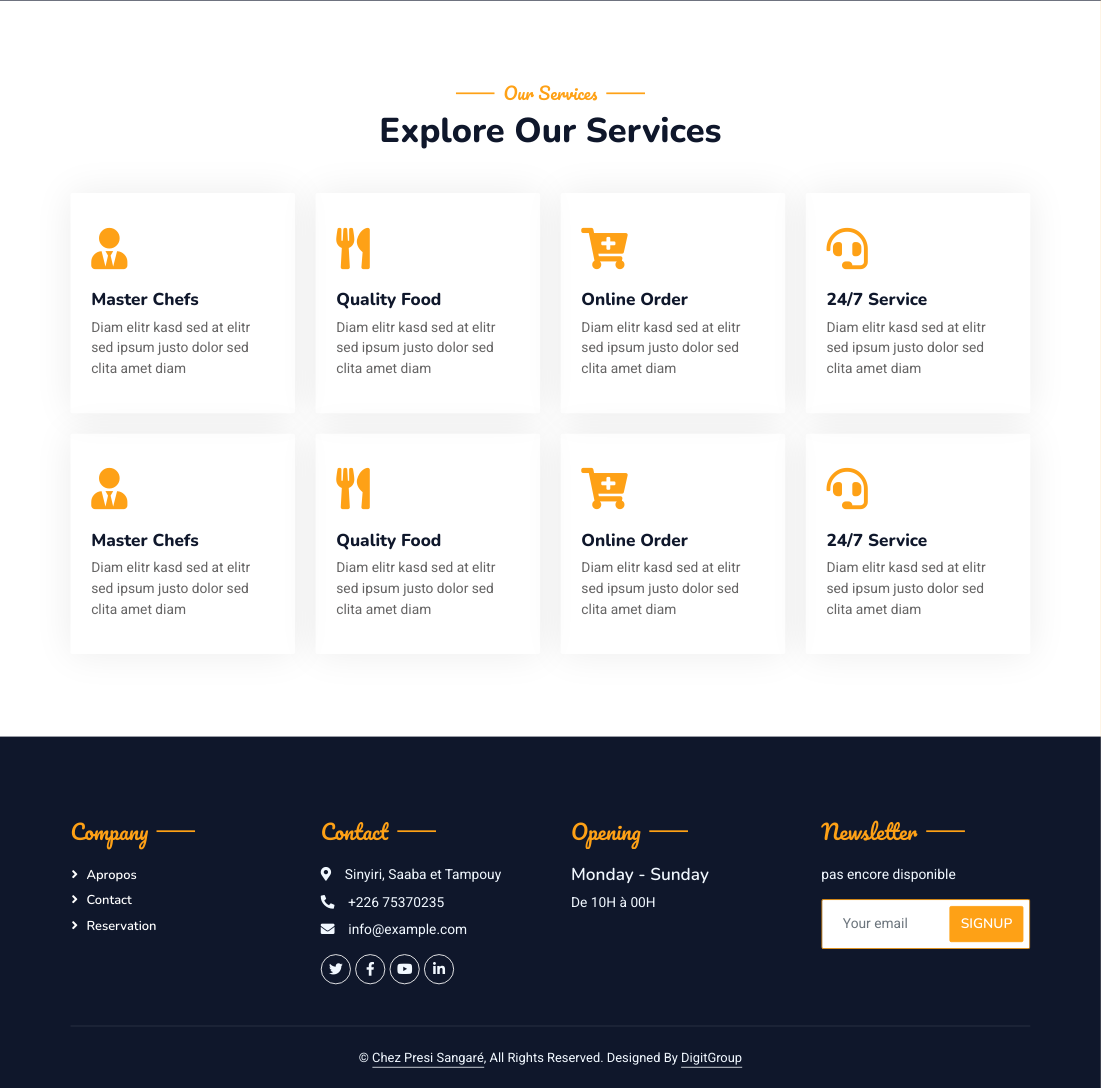
Repository: BDGomar/Presi
Page: service.html
An editor plug-in stored every save of this project. The page is shown before and after a run of saves, followed by the edit.
The browser window is 1280 px wide. The pictures show the part of the page from y = 397 to 1662 px (the page is 1662 px tall before and 1230 px after), at 86% of full size.
Some web libraries are served in a nearby version.

Above is the page before, as saved 2024-11-12 19:37:36.

After the next 2 saves:
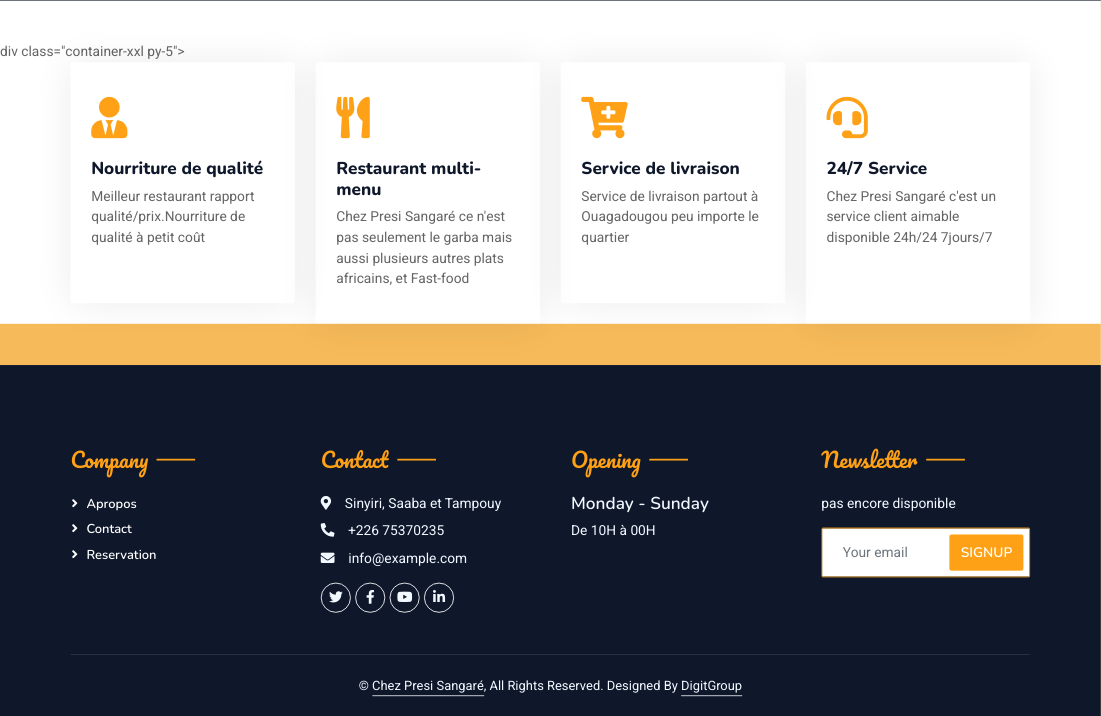
The 2 saves are shown as one change because they came seconds apart.
The last was saved 98 s later.
--- a/service.html
+++ b/service.html
@@ -90,19 +90,15 @@
 
 
         <!-- Service Start -->
-        <div class="container-xxl py-5">
+        div class="container-xxl py-5">
             <div class="container">
-                <div class="text-center wow fadeInUp" data-wow-delay="0.1s">
-                    <h5 class="section-title ff-secondary text-center text-primary fw-normal">Our Services</h5>
-                    <h1 class="mb-5">Explore Our Services</h1>
-                </div>
                 <div class="row g-4">
                     <div class="col-lg-3 col-sm-6 wow fadeInUp" data-wow-delay="0.1s">
                         <div class="service-item rounded pt-3">
                             <div class="p-4">
                                 <i class="fa fa-3x fa-user-tie text-primary mb-4"></i>
-                                <h5>Master Chefs</h5>
-                                <p>Diam elitr kasd sed at elitr sed ipsum justo dolor sed clita amet diam</p>
+                                <h5>Nourriture de qualité</h5>
+                                <p>Meilleur restaurant rapport qualité/prix.Nourriture de qualité à petit coût</p><br>
                             </div>
                         </div>
                     </div>
@@ -110,8 +106,8 @@
                         <div class="service-item rounded pt-3">
                             <div class="p-4">
                                 <i class="fa fa-3x fa-utensils text-primary mb-4"></i>
-                                <h5>Quality Food</h5>
-                                <p>Diam elitr kasd sed at elitr sed ipsum justo dolor sed clita amet diam</p>
+                                <h5>Restaurant multi-menu</h5>
+                                <p>Chez Presi Sangaré ce n'est pas seulement le garba mais aussi plusieurs autres plats africains, et Fast-food</p>
                             </div>
                         </div>
                     </div>
@@ -119,8 +115,8 @@
                         <div class="service-item rounded pt-3">
                             <div class="p-4">
                                 <i class="fa fa-3x fa-cart-plus text-primary mb-4"></i>
-                                <h5>Online Order</h5>
-                                <p>Diam elitr kasd sed at elitr sed ipsum justo dolor sed clita amet diam</p>
+                                <h5>Service de livraison</h5>
+                                <p>Service de livraison partout à Ouagadougou peu importe le quartier</p><br>
                             </div>
                         </div>
                     </div>
@@ -129,49 +125,14 @@
                             <div class="p-4">
                                 <i class="fa fa-3x fa-headset text-primary mb-4"></i>
                                 <h5>24/7 Service</h5>
-                                <p>Diam elitr kasd sed at elitr sed ipsum justo dolor sed clita amet diam</p>
-                            </div>
-                        </div>
-                    </div>
-                    <div class="col-lg-3 col-sm-6 wow fadeInUp" data-wow-delay="0.1s">
-                        <div class="service-item rounded pt-3">
-                            <div class="p-4">
-                                <i class="fa fa-3x fa-user-tie text-primary mb-4"></i>
-                                <h5>Master Chefs</h5>
-                                <p>Diam elitr kasd sed at elitr sed ipsum justo dolor sed clita amet diam</p>
-                            </div>
-                        </div>
-                    </div>
-                    <div class="col-lg-3 col-sm-6 wow fadeInUp" data-wow-delay="0.3s">
-                        <div class="service-item rounded pt-3">
-                            <div class="p-4">
-                                <i class="fa fa-3x fa-utensils text-primary mb-4"></i>
-                                <h5>Quality Food</h5>
-                                <p>Diam elitr kasd sed at elitr sed ipsum justo dolor sed clita amet diam</p>
-                            </div>
-                        </div>
-                    </div>
-                    <div class="col-lg-3 col-sm-6 wow fadeInUp" data-wow-delay="0.5s">
-                        <div class="service-item rounded pt-3">
-                            <div class="p-4">
-                                <i class="fa fa-3x fa-cart-plus text-primary mb-4"></i>
-                                <h5>Online Order</h5>
-                                <p>Diam elitr kasd sed at elitr sed ipsum justo dolor sed clita amet diam</p>
-                            </div>
-                        </div>
-                    </div>
-                    <div class="col-lg-3 col-sm-6 wow fadeInUp" data-wow-delay="0.7s">
-                        <div class="service-item rounded pt-3">
-                            <div class="p-4">
-                                <i class="fa fa-3x fa-headset text-primary mb-4"></i>
-                                <h5>24/7 Service</h5>
-                                <p>Diam elitr kasd sed at elitr sed ipsum justo dolor sed clita amet diam</p>
-                            </div>
-                        </div>
-                    </div>
-                </div>
-            </div>
-        </div>
+                                <p>Chez Presi Sangaré c'est un service client aimable disponible 24h/24 7jours/7</p><br><br>
+                            </div>
+                        </div>
+                    </div>
+                </div>
+            </div>
+        </div>
+        <!-- Service End -->
         <!-- Service End -->
 
 
